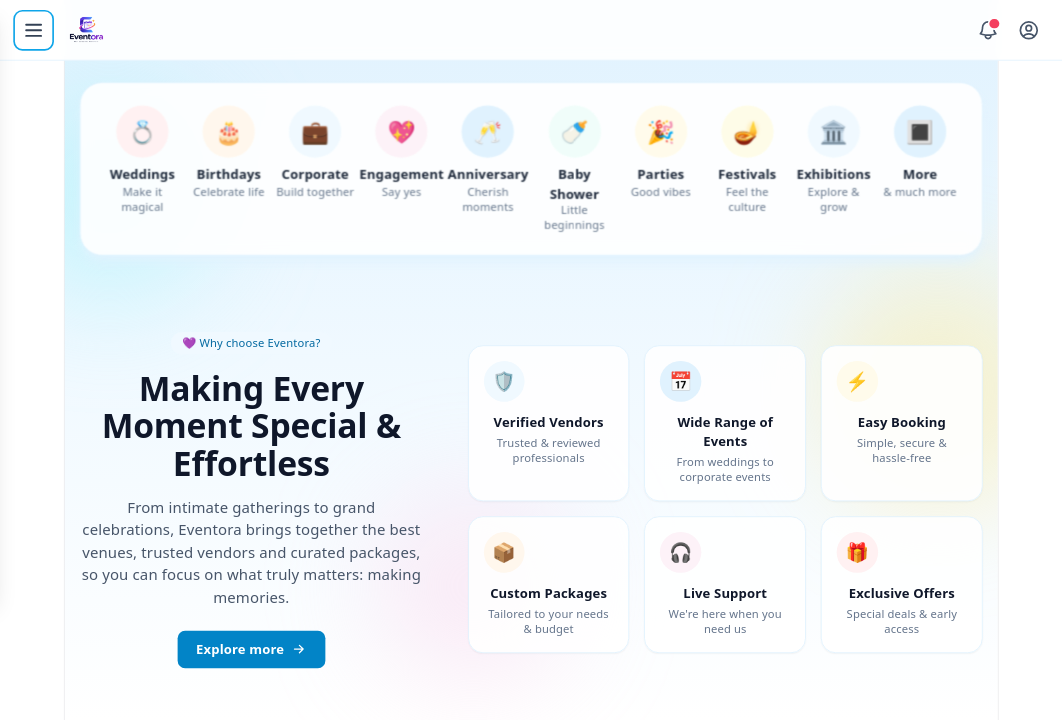
Repository: piyush-2416/Events_Handler
Page: / (app in frontend/)
These files come from the project's save history. The page is drawn as it stood at one moment and after the next save; the edit follows.
The browser window is 1280 px wide. The pictures show the whole page, at 83% of full size.
Some web libraries are served in a nearby version. The project was rebuilt for these pictures with package versions that can differ from the ones it lists, and the page was loaded fresh each time. Also part of the build but not shown: frontend/vite.config.js.

Above is the page before, as saved 2026-10-06 23:16:15.

### frontend/index.html
<!doctype html>
<html lang="en">
  <head>
    <meta charset="UTF-8" />
    <link rel="icon" type="image/svg+xml" href="/favicon.svg" />
    <meta name="viewport" content="width=device-width, initial-scale=1.0" />
    <title>Event_Handler</title>
  </head>
  <body>
    <div id="root"></div>
        <script src="https://cdn.tailwindcss.com"></script>

    <script type="module" src="/src/main.jsx"></script>
  </body>
</html>

### frontend/src/index.css
:root {
  --text: #6b6375;
  --text-h: #08060d;
  --bg: #fff;
  --border: #e5e4e7;
  --code-bg: #f4f3ec;
  --accent: #aa3bff;
  --accent-bg: rgba(170, 59, 255, 0.1);
  --accent-border: rgba(170, 59, 255, 0.5);
  --social-bg: rgba(244, 243, 236, 0.5);
  --shadow:
    rgba(0, 0, 0, 0.1) 0 10px 15px -3px, rgba(0, 0, 0, 0.05) 0 4px 6px -2px;

  --sans: system-ui, 'Segoe UI', Roboto, sans-serif;
  --heading: system-ui, 'Segoe UI', Roboto, sans-serif;
  --mono: ui-monospace, Consolas, monospace;

  font: 18px/145% var(--sans);
  letter-spacing: 0.18px;
  color-scheme: light dark;
  color: var(--text);
  background: var(--bg);
  font-synthesis: none;
  text-rendering: optimizeLegibility;
  -webkit-font-smoothing: antialiased;
  -moz-osx-font-smoothing: grayscale;

  @media (max-width: 1024px) {
    font-size: 16px;
  }
}

@media (prefers-color-scheme: dark) {
  :root {
    --text: #9ca3af;
    --text-h: #f3f4f6;
    --bg: #16171d;
    --border: #2e303a;
    --code-bg: #1f2028;
    --accent: #c084fc;
    --accent-bg: rgba(192, 132, 252, 0.15);
    --accent-border: rgba(192, 132, 252, 0.5);
    --social-bg: rgba(47, 48, 58, 0.5);
    --shadow:
      rgba(0, 0, 0, 0.4) 0 10px 15px -3px, rgba(0, 0, 0, 0.25) 0 4px 6px -2px;
  }

  #social .button-icon {
    filter: invert(1) brightness(2);
  }
}

body {
  margin: 0;
}

#root {
  width: 1126px;
  max-width: 100%;
  margin: 0 auto;
  text-align: center;
  border-inline: 1px solid var(--border);
  min-height: 100svh;
  display: flex;
  flex-direction: column;
  box-sizing: border-box;
}

h1,
h2 {
  font-family: var(--heading);
  font-weight: 500;
  color: var(--text-h);
}

h1 {
  font-size: 56px;
  letter-spacing: -1.68px;
  margin: 32px 0;
  @media (max-width: 1024px) {
    font-size: 36px;
    margin: 20px 0;
  }
}
h2 {
  font-size: 24px;
  line-height: 118%;
  letter-spacing: -0.24px;
  margin: 0 0 8px;
  @media (max-width: 1024px) {
    font-size: 20px;
  }
}
p {
  margin: 0;
}

code,
.counter {
  font-family: var(--mono);
  display: inline-flex;
  border-radius: 4px;
  color: var(--text-h);
}

code {
  font-size: 15px;
  line-height: 135%;
  padding: 4px 8px;
  background: var(--code-bg);
}

### frontend/src/App.jsx
import { useEffect, useRef, useState } from "react";

const links = [
  { label: "Home", href: "#home" },
  { label: "Products", href: "#products" },
  { label: "Services", href: "#services" },
  { label: "About", href: "#about" },
  { label: "Contact", href: "#contact" },
];

const categories = [
  { name: "Weddings", sub: "Make it magical", icon: "💍", bg: "bg-rose-50" },
  { name: "Birthdays", sub: "Celebrate life", icon: "🎂", bg: "bg-orange-50" },
  { name: "Corporate", sub: "Build together", icon: "💼", bg: "bg-sky-50" },
  { name: "Engagement", sub: "Say yes", icon: "💖", bg: "bg-pink-50" },
  { name: "Anniversary", sub: "Cherish moments", icon: "🥂", bg: "bg-sky-100" },
  { name: "Baby Shower", sub: "Little beginnings", icon: "🍼", bg: "bg-teal-50" },
  { name: "Parties", sub: "Good vibes", icon: "🎉", bg: "bg-amber-50" },
  { name: "Festivals", sub: "Feel the culture", icon: "🪔", bg: "bg-yellow-50" },
  { name: "Exhibitions", sub: "Explore & grow", icon: "🏛️", bg: "bg-sky-50" },
  { name: "More", sub: "& much more", icon: "🔳", bg: "bg-sky-100" },
];

const features = [
  { title: "Verified Vendors", text: "Trusted & reviewed professionals", icon: "🛡️", bg: "bg-sky-50" },
  { title: "Wide Range of Events", text: "From weddings to corporate events", icon: "📅", bg: "bg-sky-100" },
  { title: "Easy Booking", text: "Simple, secure & hassle-free", icon: "⚡", bg: "bg-amber-50" },
  { title: "Custom Packages", text: "Tailored to your needs & budget", icon: "📦", bg: "bg-orange-50" },
  { title: "Live Support", text: "We're here when you need us", icon: "🎧", bg: "bg-pink-50" },
  { title: "Exclusive Offers", text: "Special deals & early access", icon: "🎁", bg: "bg-rose-50" },
];

/* ---------- EVENT CATEGORIES ---------- */
function EventCategories() {
  return (
    <section className="px-4 py-6">
      <div className="bg-white/90 shadow-lg shadow-sky-100 backdrop-blur mx-auto p-4 sm:p-6 border border-sky-100 rounded-3xl max-w-6xl">
        {/* Mobile: side scroll | Tablet: 5 columns | Desktop: 10 columns */}
        <ul className="flex gap-4 sm:gap-x-2 sm:gap-y-6 sm:grid sm:grid-cols-5 lg:grid-cols-10 pb-2 sm:pb-0 sm:overflow-visible overflow-x-auto snap-x">
          {categories.map((c) => (
            <li key={c.name} className="snap-start shrink-0 sm:shrink">
              <a
                href={`#${c.name.toLowerCase().replace(/\s+/g, "-")}`}
                className="group flex flex-col items-center focus:outline-none w-24 sm:w-auto text-center"
              >
                <span
                  className={`flex h-14 w-14 items-center justify-center rounded-full text-2xl transition group-hover:scale-105 group-focus-visible:ring-2 group-focus-visible:ring-sky-500 ${c.bg}`}
                >
                  {c.icon}
                </span>
                <span className="mt-2 font-semibold text-slate-800 text-sm">{c.name}</span>
                <span className="text-slate-500 text-xs">{c.sub}</span>
              </a>
            </li>
          ))}
        </ul>
      </div>
    </section>
  );
}

/* ---------- WHY CHOOSE US ---------- */
function WhyChoose() {
  return (
    <section className="px-4 py-10 sm:py-14">
      <div className="items-center gap-8 lg:gap-12 grid lg:grid-cols-[2fr_3fr] mx-auto max-w-6xl">
        <div>
          <p className="inline-flex items-center gap-1.5 bg-sky-50 px-3 py-1 rounded-full font-medium text-sky-700 text-xs">
            💜 Why choose Eventora?
          </p>
          <h2 className="mt-4 font-bold text-slate-900 text-3xl sm:text-4xl leading-tight">
            Making Every Moment Special &amp; Effortless
          </h2>
          <p className="mt-4 text-slate-600 text-sm sm:text-base leading-relaxed">
            From intimate gatherings to grand celebrations, Eventora brings together the best venues,
            trusted vendors and curated packages, so you can focus on what truly matters: making memories.
          </p>
          <a
            href="#events"
            className="inline-flex items-center gap-2 bg-sky-600 hover:bg-sky-700 mt-6 px-5 py-2.5 rounded-lg focus:outline-none focus-visible:ring-2 focus-visible:ring-sky-500 focus-visible:ring-offset-2 font-semibold text-white text-sm"
          >
            Explore more
            <svg className="w-4 h-4" fill="none" stroke="currentColor" strokeWidth="2" viewBox="0 0 24 24">
              <path strokeLinecap="round" strokeLinejoin="round" d="M5 12h14m-6-6 6 6-6 6" />
            </svg>
          </a>
        </div>

        <div className="gap-3 sm:gap-4 grid grid-cols-2 sm:grid-cols-3">
          {features.map((f) => (
            <div
              key={f.title}
              className="bg-white/90 shadow-sm hover:shadow-lg hover:shadow-sky-100 p-4 border border-sky-100 rounded-2xl transition hover:-translate-y-0.5"
            >
              <span className={`flex h-11 w-11 items-center justify-center rounded-full text-xl ${f.bg}`}>
                {f.icon}
              </span>
              <h3 className="mt-3 font-semibold text-slate-900 text-sm">{f.title}</h3>
              <p className="mt-1 text-slate-500 text-xs leading-snug">{f.text}</p>
            </div>
          ))}
        </div>
      </div>
    </section>
  );
}

export default function App() {
  const [open, setOpen] = useState(false);
  const sidebarRef = useRef(null);
  const toggleBtnRef = useRef(null);

  // Open hone par focus sidebar par, close hone par wapas button par
  useEffect(() => {
    if (open) {
      sidebarRef.current?.focus();
      document.body.style.overflow = "hidden"; // peeche ka scroll band
    } else {
      document.body.style.overflow = "";
      toggleBtnRef.current?.focus();
    }
    return () => {
      document.body.style.overflow = "";
    };
  }, [open]);

  // Esc dabane par close + Tab sidebar ke andar hi ghumega (focus trap)
  useEffect(() => {
    if (!open) return;
    const onKey = (e) => {
      if (e.key === "Escape") setOpen(false);
      if (e.key === "Tab" && sidebarRef.current) {
        const items = sidebarRef.current.querySelectorAll("a, button");
        if (!items.length) return;
        const first = items[0];
        const last = items[items.length - 1];
        if (e.shiftKey && document.activeElement === first) {
          e.preventDefault();
          last.focus();
        } else if (!e.shiftKey && document.activeElement === last) {
          e.preventDefault();
          first.focus();
        }
      }
    };
    document.addEventListener("keydown", onKey);
    return () => document.removeEventListener("keydown", onKey);
  }, [open]);

  return (
    <>
      {/* NAVBAR */}
      <header className="top-0 z-30 fixed inset-x-0 bg-white/90 backdrop-blur border-sky-100 border-b">
        <nav className="flex justify-between items-center mx-auto px-4 max-w-6xl h-16">
          <div className="flex items-center gap-3">
            <button
              ref={toggleBtnRef}
              onClick={() => setOpen(true)}
              aria-label="Open menu"
              aria-expanded={open}
              aria-controls="sidebar"
              className="hover:bg-sky-100 p-2 rounded-lg focus:outline-none focus-visible:ring-2 focus-visible:ring-sky-500 text-slate-700"
            >
              <svg className="w-6 h-6" fill="none" stroke="currentColor" strokeWidth="2" viewBox="0 0 24 24">
                <path strokeLinecap="round" d="M4 6h16M4 12h16M4 18h16" />
              </svg>
            </button>
            <a href="#home" className="flex items-center">
              <img
                src="/Even_handler_Logo.png"
                alt="Eventora logo"
                className="w-auto h-12 object-contain"
              />
            </a>
          </div>

          {/* Right side: notification bell + user icon */}
          <div className="flex items-center gap-1">
            <button
              aria-label="Notifications"
              className="relative hover:bg-sky-100 p-2 rounded-full focus:outline-none focus-visible:ring-2 focus-visible:ring-sky-500 text-slate-600"
            >
              <svg className="w-6 h-6" fill="none" stroke="currentColor" strokeWidth="1.8" viewBox="0 0 24 24">
                <path
                  strokeLinecap="round"
                  strokeLinejoin="round"
                  d="M14.857 17.082a23.848 23.848 0 0 0 5.454-1.31A8.967 8.967 0 0 1 18 9.75V9A6 6 0 0 0 6 9v.75a8.967 8.967 0 0 1-2.312 6.022c1.733.64 3.56 1.085 5.455 1.31m5.714 0a24.255 24.255 0 0 1-5.714 0m5.714 0a3 3 0 1 1-5.714 0"
                />
              </svg>
              {/* Unread dot: hatana ho to is span ko delete kar dein */}
              <span className="top-2 right-2 absolute bg-rose-500 rounded-full ring-2 ring-white w-2.5 h-2.5" />
            </button>

            <button
              aria-label="User profile"
              className="hover:bg-sky-100 p-2 rounded-full focus:outline-none focus-visible:ring-2 focus-visible:ring-sky-500 text-slate-600"
            >
              <svg className="w-6 h-6" fill="none" stroke="currentColor" strokeWidth="1.8" viewBox="0 0 24 24">
                <path
                  strokeLinecap="round"
                  strokeLinejoin="round"
                  d="M17.982 18.725A7.488 7.488 0 0 0 12 15.75a7.488 7.488 0 0 0-5.982 2.975m11.963 0a9 9 0 1 0-11.963 0m11.963 0A8.966 8.966 0 0 1 12 21a8.966 8.966 0 0 1-5.982-2.275M15 9.75a3 3 0 1 1-6 0 3 3 0 0 1 6 0Z"
                />
              </svg>
            </button>
          </div>
        </nav>
      </header>

      {/* OVERLAY */}
      <div
        onClick={() => setOpen(false)}
        aria-hidden="true"
        className={`fixed inset-0 z-40 bg-slate-900/40 transition-opacity duration-300 ${
          open ? "opacity-100" : "pointer-events-none opacity-0"
        }`}
      />

      {/* SIDEBAR */}
      <aside
        id="sidebar"
        ref={sidebarRef}
        tabIndex={-1}
        role="dialog"
        aria-modal="true"
        aria-label="Sidebar menu"
        // inert: close hone par andar ke links tab se bhi focus nahi honge
        {...(!open && { inert: "" })}
        className={`fixed inset-y-0 left-0 z-50 flex w-72 max-w-[85%] flex-col bg-white shadow-xl outline-none transition-transform duration-300 ease-in-out ${
          open ? "translate-x-0" : "-translate-x-full"
        }`}
      >
        <div className="flex justify-between items-center px-4 border-slate-200 border-b h-16">
          <img
            src="/Even_handler_Logo.png"
            alt="Eventora logo"
            className="w-auto h-12 object-contain"
          />
          <button
            onClick={() => setOpen(false)}
            aria-label="Close menu"
            className="hover:bg-sky-100 p-2 rounded-lg focus:outline-none focus-visible:ring-2 focus-visible:ring-sky-500 text-slate-600"
          >
            <svg className="w-6 h-6" fill="none" stroke="currentColor" strokeWidth="2" viewBox="0 0 24 24">
              <path strokeLinecap="round" d="M6 6l12 12M18 6L6 18" />
            </svg>
          </button>
        </div>

        <ul className="flex-1 space-y-1 p-3 overflow-y-auto">
          {links.map((l) => (
            <li key={l.href}>
              <a
                href={l.href}
                onClick={() => setOpen(false)}
                className="block hover:bg-sky-50 focus:bg-sky-50 px-3 py-2.5 rounded-lg focus:outline-none font-medium text-slate-700 hover:text-sky-700 focus:text-sky-700 text-sm"
              >
                {l.label}
              </a>
            </li>
          ))}
        </ul>

        <div className="p-4 border-slate-200 border-t">
          <a
            href="#contact"
            onClick={() => setOpen(false)}
            className="block bg-sky-600 hover:bg-sky-700 py-2.5 rounded-lg font-semibold text-white text-sm text-center"
          >
            Get started
          </a>
        </div>
      </aside>

      {/* PAGE CONTENT */}
      <main className="relative bg-gradient-to-b from-sky-100 via-sky-50 to-white pt-16 min-h-screen overflow-hidden">
        {/* Soft party-style decorations (sirf design ke liye) */}
        <div aria-hidden="true" className="top-24 -left-16 absolute bg-cyan-200/50 blur-3xl rounded-full w-56 h-56 pointer-events-none" />
        <div aria-hidden="true" className="top-72 -right-16 absolute bg-amber-200/40 blur-3xl rounded-full w-64 h-64 pointer-events-none" />
        <div aria-hidden="true" className="bottom-10 left-1/3 absolute bg-pink-200/40 blur-3xl rounded-full w-52 h-52 pointer-events-none" />
        <div className="relative">
          <EventCategories />
          <WhyChoose />
        </div>
      </main>
    </>
  );
}

Loaded but not shown: frontend/src/main.jsx (common file)

After the next save:
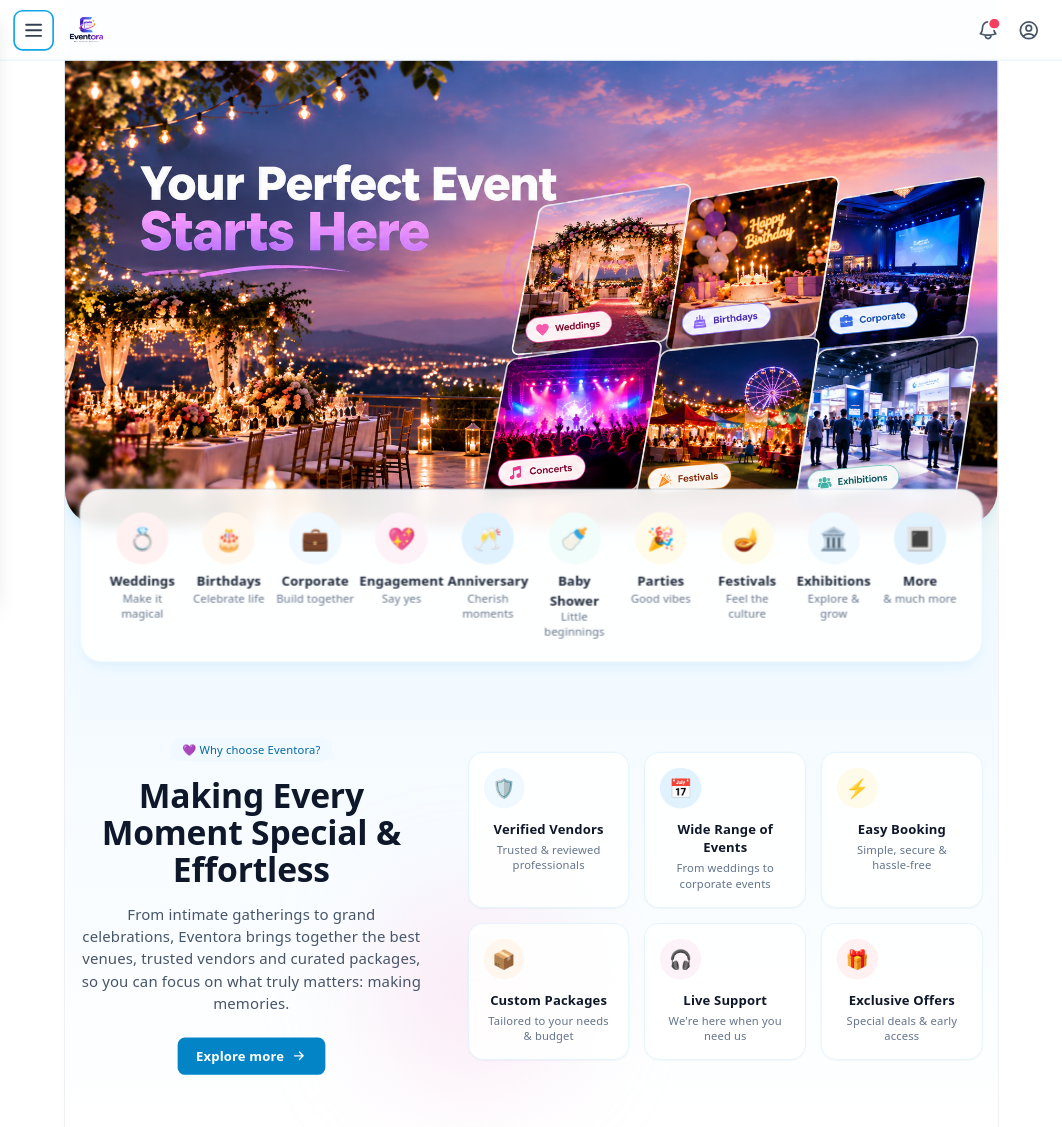
Saved 5 min 37 s later.
--- a/frontend/src/App.jsx
+++ b/frontend/src/App.jsx
@@ -30,10 +30,24 @@ const features = [
   { title: "Exclusive Offers", text: "Special deals & early access", icon: "🎁", bg: "bg-rose-50" },
 ];
 
+/* ---------- HERO ---------- */
+function Hero() {
+  return (
+    <section className="relative">
+      <img
+        src="/Event_Handler_bigImage.png"
+        alt="Your Perfect Event Starts Here"
+        className="block shadow-lg shadow-sky-200/60 rounded-b-3xl sm:rounded-b-[2.5rem] w-full h-auto object-cover"
+        fetchpriority="high"
+      />
+    </section>
+  );
+}
+
 /* ---------- EVENT CATEGORIES ---------- */
 function EventCategories() {
   return (
-    <section className="px-4 py-6">
+    <section className="z-10 relative -mt-5 sm:-mt-10 px-4 pb-6">
       <div className="bg-white/90 shadow-lg shadow-sky-100 backdrop-blur mx-auto p-4 sm:p-6 border border-sky-100 rounded-3xl max-w-6xl">
         {/* Mobile: side scroll | Tablet: 5 columns | Desktop: 10 columns */}
         <ul className="flex gap-4 sm:gap-x-2 sm:gap-y-6 sm:grid sm:grid-cols-5 lg:grid-cols-10 pb-2 sm:pb-0 sm:overflow-visible overflow-x-auto snap-x">
@@ -278,6 +292,7 @@ export default function App() {
         <div aria-hidden="true" className="top-24 -left-16 absolute bg-cyan-200/50 blur-3xl rounded-full w-56 h-56 pointer-events-none" />
         <div aria-hidden="true" className="top-72 -right-16 absolute bg-amber-200/40 blur-3xl rounded-full w-64 h-64 pointer-events-none" />
         <div aria-hidden="true" className="bottom-10 left-1/3 absolute bg-pink-200/40 blur-3xl rounded-full w-52 h-52 pointer-events-none" />
+        <Hero />
         <div className="relative">
           <EventCategories />
           <WhyChoose />
